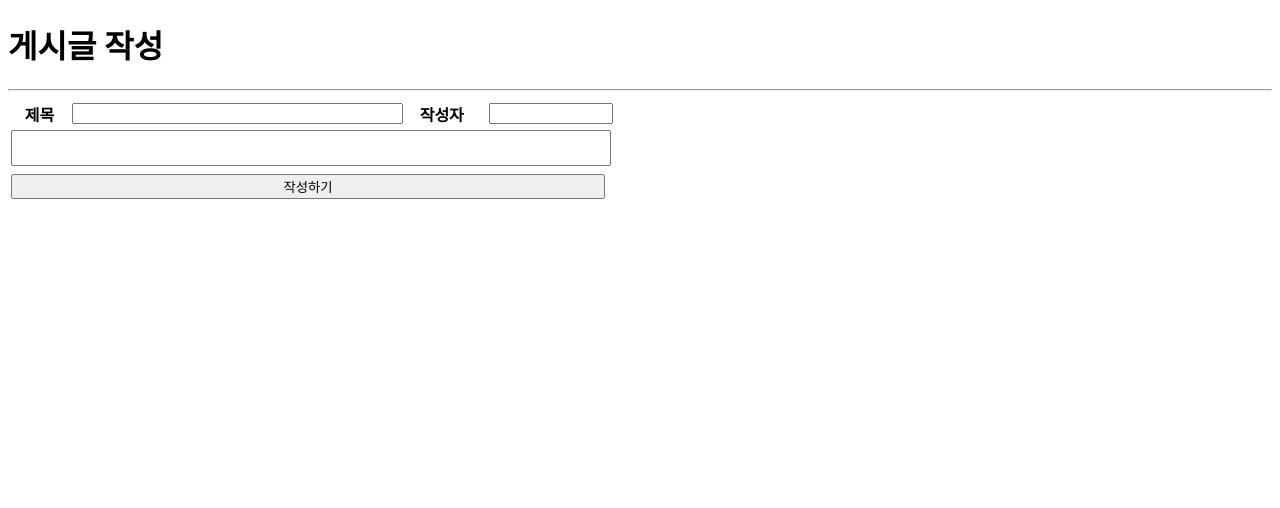
Repository: bbookk1104/spring-workspace
Page: http://localhost/02_SpringMVC_CRUD/boardWriteFrm.do
The author's editor kept a copy of each file at every save. The page is drawn from the files as they stood at one save, then again after the next save.
The browser window is 1280 px wide. The pictures show the whole page.
The page is served by Tomcat 9. Other server files are loaded and not shown.

Above is the page before, as saved 2022-10-04 04:34:21.

### 02_SpringMVC_CRUD/src/main/webapp/WEB-INF/views/board/boardWriteFrm.jsp
<%@ page language="java" contentType="text/html; charset=UTF-8"
    pageEncoding="UTF-8"%>
<!DOCTYPE html>
<html>
<head>
<meta charset="UTF-8">
<title>Insert title here</title>
</head>
<body>
	<h1>게시글 작성</h1>
	<hr>
	<form action="/boardWrite.do" method="post">
		<table style="width:600px">
			<tr>
				<th style="width:10%">제목</th>
				<td style="width:55%">
					<input type="text" name="boardTitle" style="width:100%">
				</td>
				<th style="width:15%">작성자</th>
				<td style="width:20%">
					<input type="text" name="boardWriter" value="${memberId }" style="width:100%" readonly>
				</td>
			</tr>
			<tr>
				<td colspan="4">
					<textarea name="boardContent" style="width:100%; resize:none;"></textarea>
				</td>
			</tr>
			<tr>
				<td colspan="4">
					<input type="submit" value="작성하기" style="width:100%">
				</td>
			</tr>
		</table>
	</form>
</body>
</html>

After the next save:
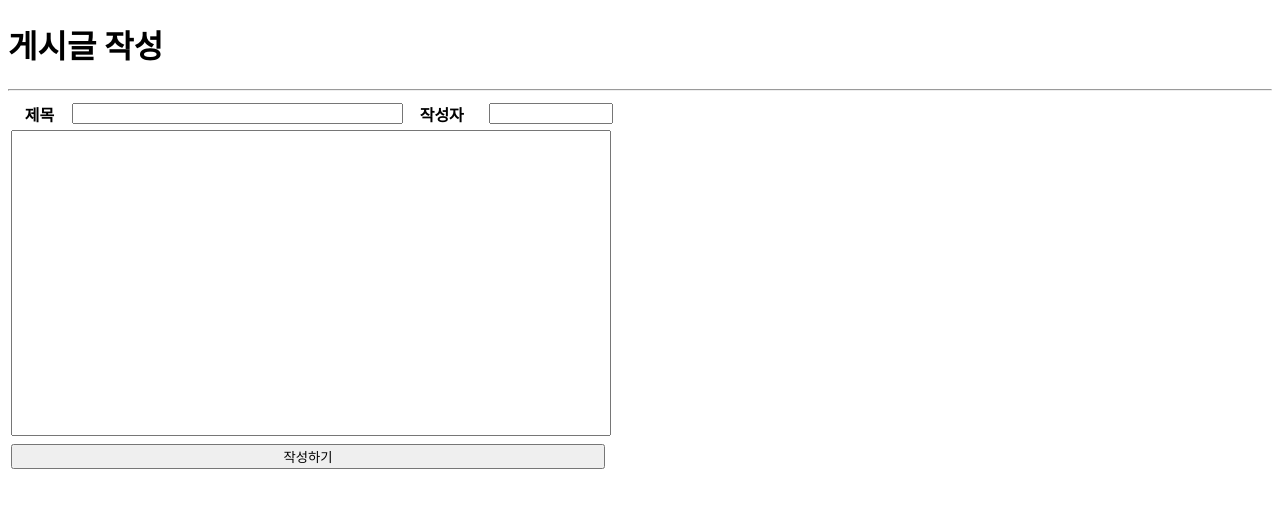
Saved 16 s later.
--- a/02_SpringMVC_CRUD/src/main/webapp/WEB-INF/views/board/boardWriteFrm.jsp
+++ b/02_SpringMVC_CRUD/src/main/webapp/WEB-INF/views/board/boardWriteFrm.jsp
@@ -23,7 +23,7 @@
 			</tr>
 			<tr>
 				<td colspan="4">
-					<textarea name="boardContent" style="width:100%; resize:none;"></textarea>
+					<textarea name="boardContent" style="width:100%; resize:none; height:300px"></textarea>
 				</td>
 			</tr>
 			<tr>
